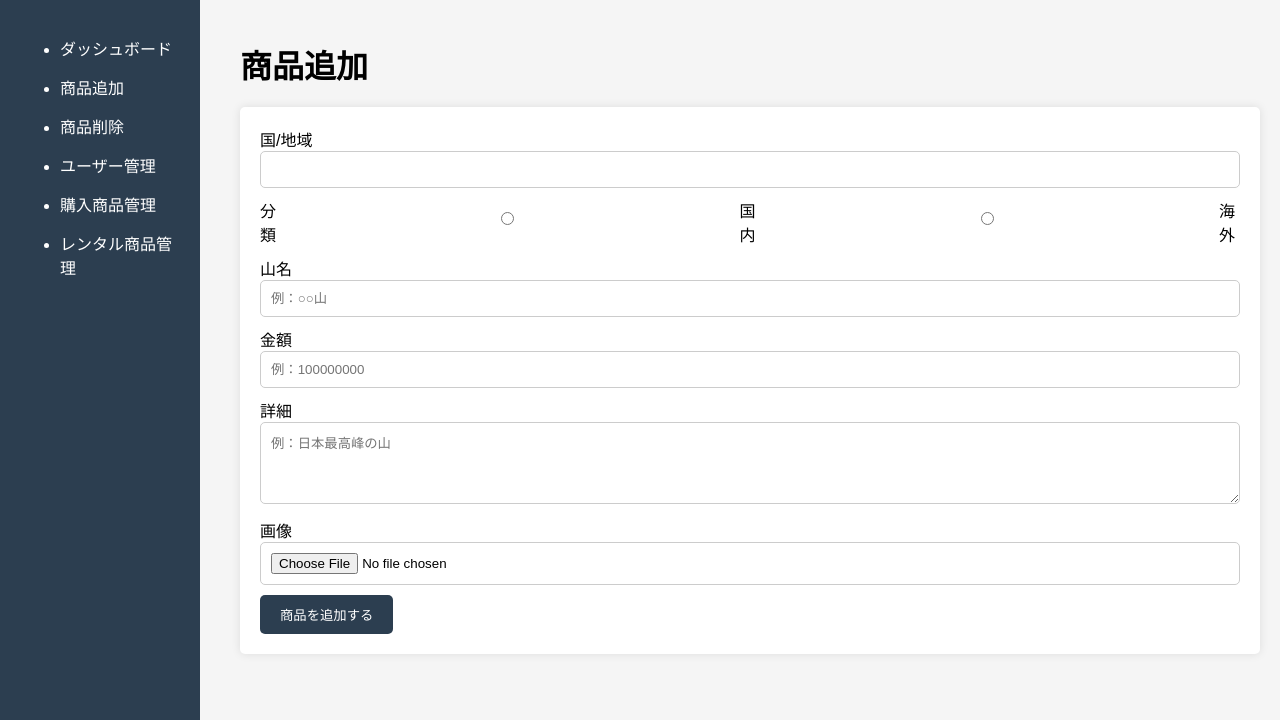
Repository: magome112/Oasis2024920
Page: http://localhost/_12_kanri.shohin.php
An editor plug-in stored every save of this project. The page is shown before and after the next save, followed by the edit.
The browser window is 1280 px wide. The pictures show the whole page.
The page is run by PHP 8.4 with error messages shown; the project is at /var/www/html/.

Above is the page before, as saved 2024-12-06 12:13:47.

### _12_kanri.shohin.php
<?php
// データベース接続設定
$host = 'mysql306.phy.lolipop.lan';
$dbname = 'LAA1602729-oasis';
$user = 'LAA1602729';
$password = 'oasis5';

try {
    $pdo = new PDO("mysql:host=$host;dbname=$dbname;charset=utf8", $user, $password);
    $pdo->setAttribute(PDO::ATTR_ERRMODE, PDO::ERRMODE_EXCEPTION);
} catch (PDOException $e) {
    echo "データベース接続エラー: " . $e->getMessage();
    exit;
}

// フォーム送信処理
if ($_SERVER['REQUEST_METHOD'] === 'POST') {
    $errors = [];

    // 必須項目のチェック
    $yama_name = trim($_POST['yama_name'] ?? '');
    $country_name = trim($_POST['country_name'] ?? '');
    $Region = $_POST['Region'] ?? null;
    $price = $_POST['price'] ?? '';
    $yama_info = trim($_POST['yama_info'] ?? '');
    $yama_img = '';

    if (empty($yama_name)) $errors[] = "山名を入力してください。";
    if (empty($country_name)) $errors[] = "国/地域を入力してください。";
    if ($Region === null) $errors[] = "分類を選択してください。";
    if (empty($price) || !is_numeric($price)) $errors[] = "金額を正しく入力してください。";
    if (empty($yama_info)) $errors[] = "詳細を入力してください。";

    // 画像のアップロード処理
    if (isset($_FILES['yama_img']) && $_FILES['yama_img']['error'] === UPLOAD_ERR_OK) {
        $upload_dir = 'uploads/';
        $yama_img = $upload_dir . basename($_FILES['yama_img']['name']);
        if (!move_uploaded_file($_FILES['yama_img']['tmp_name'], $yama_img)) {
            $errors[] = "画像アップロードに失敗しました。";
        }
    }

    // エラーがある場合は表示して処理終了
    if (!empty($errors)) {
        foreach ($errors as $error) {
            echo "<p style='color:red;'>$error</p>";
        }
        exit;
    }

    // データベースに挿入
    try {
        $stmt = $pdo->prepare("INSERT INTO Oasis_yama (yama_name, country_name, Region, price, yama_img, yama_info)
                               VALUES (:yama_name, :country_name, :Region, :price, :yama_img, :yama_info)");
        $stmt->bindParam(':yama_name', $yama_name);
        $stmt->bindParam(':country_name', $country_name);
        $stmt->bindParam(':Region', $Region);
        $stmt->bindParam(':price', $price);
        $stmt->bindParam(':yama_img', $yama_img);
        $stmt->bindParam(':yama_info', $yama_info);
        $stmt->execute();

        echo "<p style='color:green;'>商品が追加されました！</p>";
    } catch (PDOException $e) {
        echo "<p style='color:red;'>データベースエラー: " . $e->getMessage() . "</p>";
    }
}
?>

<!DOCTYPE html>
<html lang="ja">
<head>
    <meta charset="UTF-8">
    <meta name="viewport" content="width=device-width, initial-scale=1.0">
    <title>商品追加</title>
    <style>
        body {
            font-family: Arial, sans-serif;
            margin: 0;
            padding: 0;
            background-color: #f5f5f5;
        }
        .sidebar {
            width: 200px;
            background-color: #2c3e50;
            color: #fff;
            height: 100vh;
            position: fixed;
            top: 0;
            left: 0;
            padding: 20px;
            box-sizing: border-box;
        }
        .sidebar h3 {
            margin-bottom: 30px;
        }
        .sidebar a {
            color: #fff;
            text-decoration: none;
            display: block;
            margin-bottom: 15px;
        }
        .main-content {
            margin-left: 220px;
            padding: 20px;
        }
        h1 {
            margin-bottom: 20px;
        }
        form {
            background-color: #fff;
            padding: 20px;
            border-radius: 5px;
            box-shadow: 0 0 10px rgba(0, 0, 0, 0.1);
        }
        input, textarea {
    width: 100%;
    padding: 10px;
    margin-bottom: 10px;
    border: 1px solid #ccc;
    border-radius: 5px;
    box-sizing: border-box;
}

.radio-group {
    display: flex; /* 横並びに整列 */
    align-items: center; /* 垂直方向の中央揃え */
    gap: 10px; /* ラジオボタンとラベル間のスペース */
    margin-bottom: 10px;
}

.radio-group label {
    margin-right: 5px; /* ラベルとボタン間の余白 */
}

.radio-group input[type="radio"] {
    margin-right: 5px; /* ラジオボタンとテキストの間隔を調整 */
    margin-left: 0; /* 不要な余白をゼロに設定 */
}


        button {
            background-color: #2c3e50;
            color: #fff;
            border: none;
            padding: 10px 20px;
            cursor: pointer;
            border-radius: 5px;
        }
        button:hover {
            background-color: #34495e;
        }
    </style>
</head>
<body>
<div class="sidebar">
    <ul>
        <li><a>ダッシュボード</a></li>
        <li><a href="_12_kanri.shohin.php">商品追加</a></li>
        <li><a href="_13_kanri.shohindel.php">商品削除</a></li>
        <li><a href="_14_kanri.user.php">ユーザー管理</a></li>
        <li><a href="_15_kanri.add.shohin.php">購入商品管理</a></li>
        <li><a href="_16_kanri.add.rental.php">レンタル商品管理</a></li>
    </ul>
</div>

<div class="main-content">
    <h1>商品追加</h1>
    <form method="POST" enctype="multipart/form-data">

        <label for="country_name">国/地域</label>
        <input type="text" name="country_name" id="country_name" required>

        <div class="radio-group">
            <label>分類</label>
            <input type="radio" name="Region" value="0" id="domestic" required>
            <label for="domestic">国内</label>
            <input type="radio" name="Region" value="1" id="overseas">
            <label for="overseas">海外</label>
        </div>


        <label for="yama_name">山名</label>
        <input type="text" name="yama_name" id="yama_name" placeholder="例：○○山" required>

        <label for="price">金額</label>
        <input type="number" name="price" id="price" placeholder="例：100000000" required>

        <label for="yama_info">詳細</label>
        <textarea name="yama_info" id="yama_info" placeholder="例：日本最高峰の山" rows="4" required></textarea>

        <label for="yama_img">画像</label>
        <input type="file" name="yama_img" id="yama_img" accept="image/*" required>

        <button type="submit">商品を追加する</button>
    </form>
</div>
</body>
</html>

After the next save:
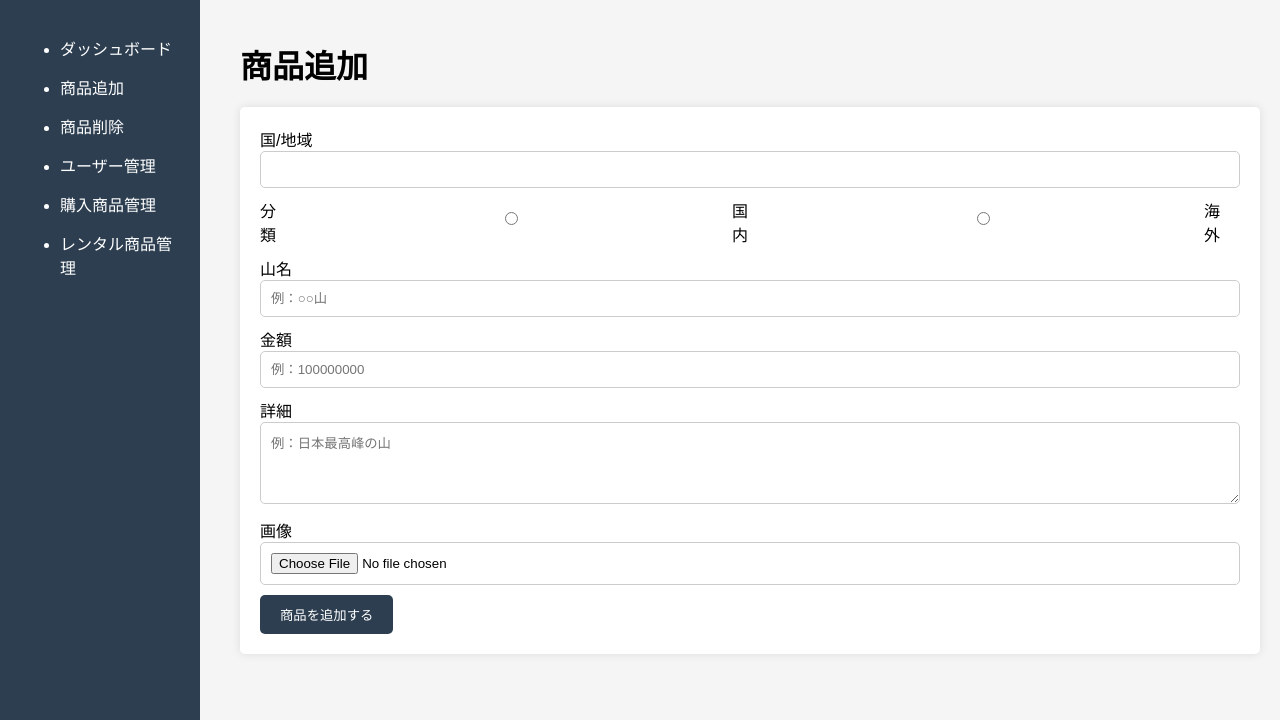
Saved 73 s later.
--- a/_12_kanri.shohin.php
+++ b/_12_kanri.shohin.php
@@ -125,17 +125,22 @@ if ($_SERVER['REQUEST_METHOD'] === 'POST') {
 .radio-group {
     display: flex; /* 横並びに整列 */
     align-items: center; /* 垂直方向の中央揃え */
-    gap: 10px; /* ラジオボタンとラベル間のスペース */
     margin-bottom: 10px;
 }
 
 .radio-group label {
-    margin-right: 5px; /* ラベルとボタン間の余白 */
+    margin-right: 20px; /* ラベルとボタン間のスペース */
+    font-weight: normal; /* ラベルの太字を解除 */
 }
 
 .radio-group input[type="radio"] {
     margin-right: 5px; /* ラジオボタンとテキストの間隔を調整 */
     margin-left: 0; /* 不要な余白をゼロに設定 */
+}
+
+.radio-group span {
+    display: inline-block;
+    margin-right: 15px;
 }
 
 
